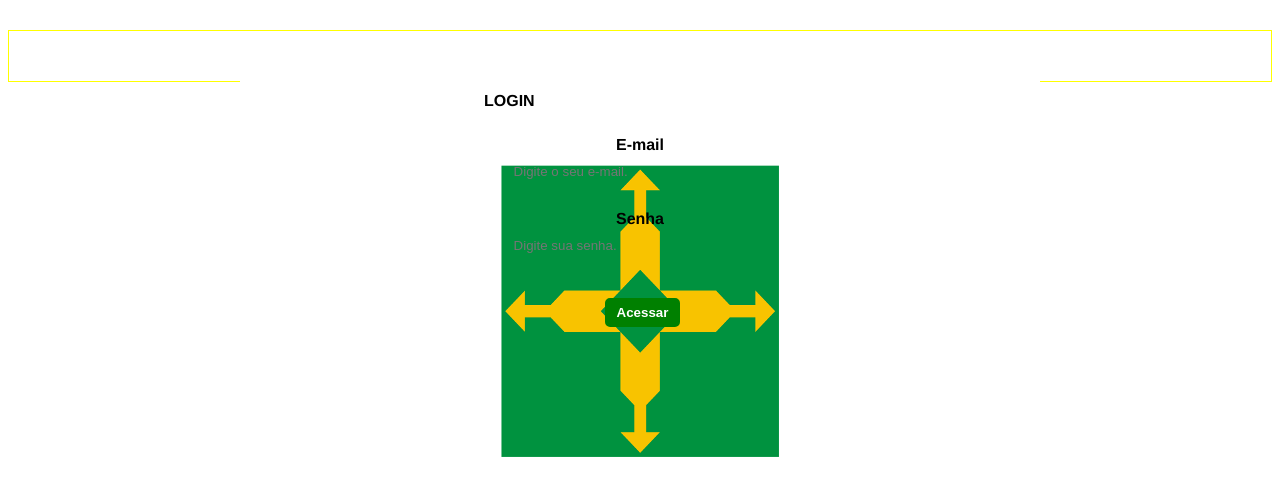
Repository: eduardo-r-jesus/Projeto_Centro_Cirurgico
Page: http://localhost/centro_cirurgico_web/formLogin.jsp
The author's editor kept a copy of each file at every save. The page is drawn from the files as they stood at one save, then again after the next save.
The browser window is 1280 px wide. The pictures show the whole page.
The page is served by Tomcat 9.

Above is the page before, as saved 2021-09-05 20:35:54.

After the next save:
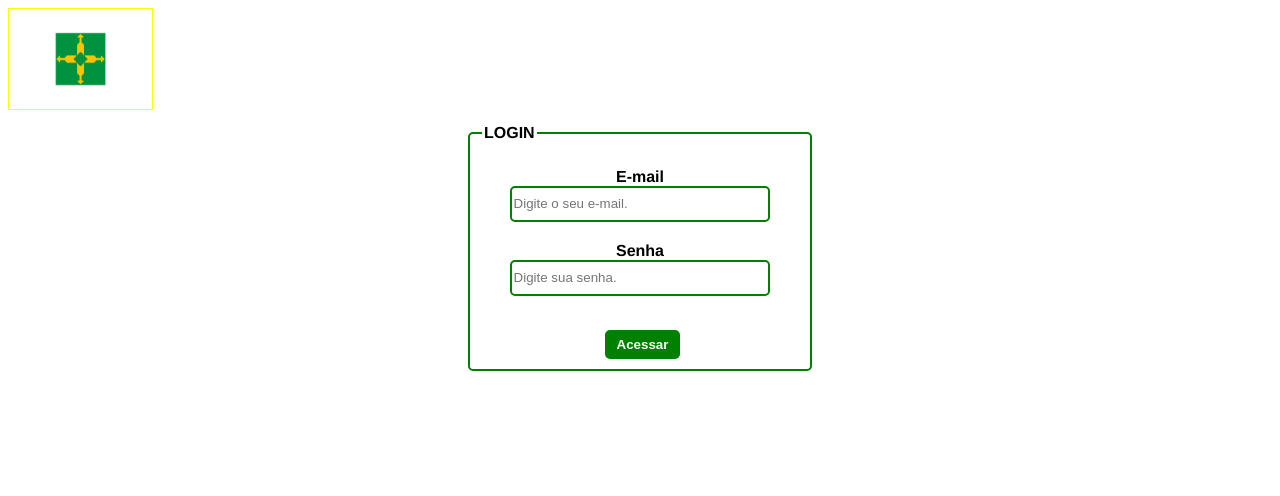
Saved 23 s later.
--- a/centro_cirurgico_web/src/main/webapp/css/estilo.css
+++ b/centro_cirurgico_web/src/main/webapp/css/estilo.css
@@ -47,12 +47,10 @@
 	margin-top: 30px;
 }
 
-.imag{
-	height:50px;
+img{
 	border: solid 1px;
+	height:100px;
 	color:yellow;
-	text-align: center;
-	margin-top: 30px;
 }
 
 .bt{
